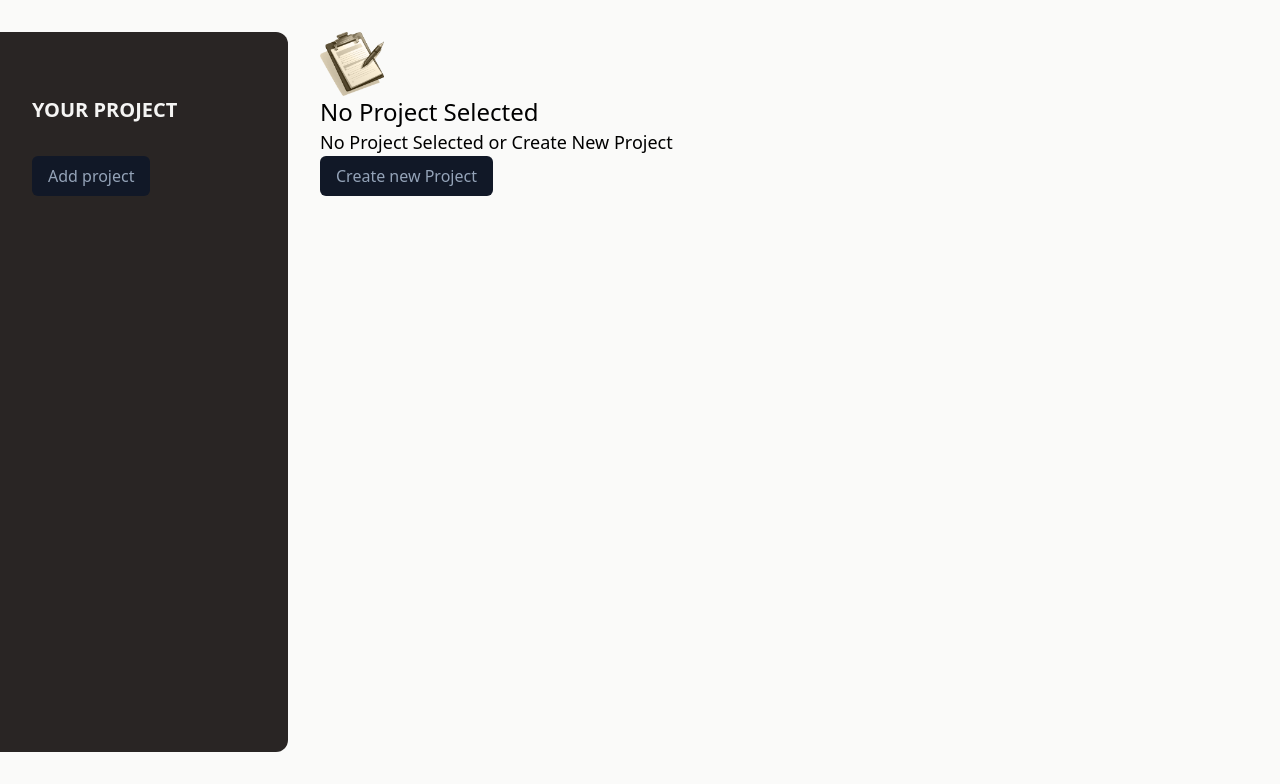
Repository: sibi24sibi/todo-list-using-reactjs
Page: /
These files come from the project's save history. The page is drawn as it stood at one moment and after the next save; the edit follows.
The browser window is 1280 px wide. The pictures show the whole page.
The project was rebuilt for these pictures with package versions that can differ from the ones it lists, and the page was loaded fresh each time. Also part of the build but not shown: vite.config.js, src/Components/Input.jsx, src/Components/NewProjects.jsx.

Above is the page before, as saved 2024-06-24 14:57:27.

After the next save:
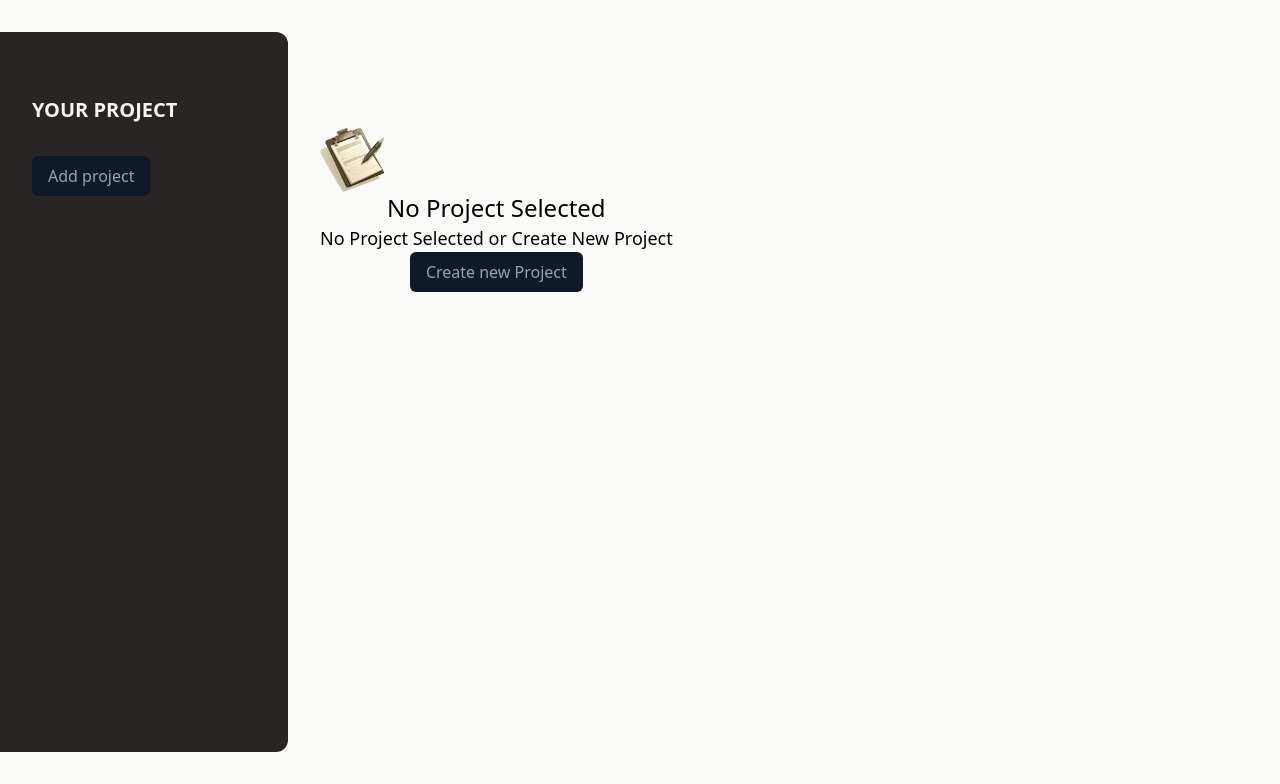
Saved 52 s later.
--- a/src/Components/NoProjects.jsx
+++ b/src/Components/NoProjects.jsx
@@ -3,7 +3,7 @@ import Button from "./Button";
 
 export default function Noprojects() {
   return (
-    <div className="W-2/3 ">
+    <div className="W-2/3  mt-24 text-center">
       <img src={noProjects} alt="No Projects" className="w-16 h-16" />
       <h2 className="text-2xl ">No Project Selected</h2>
       <p className=" text-lg">No Project Selected or Create New Project</p>
